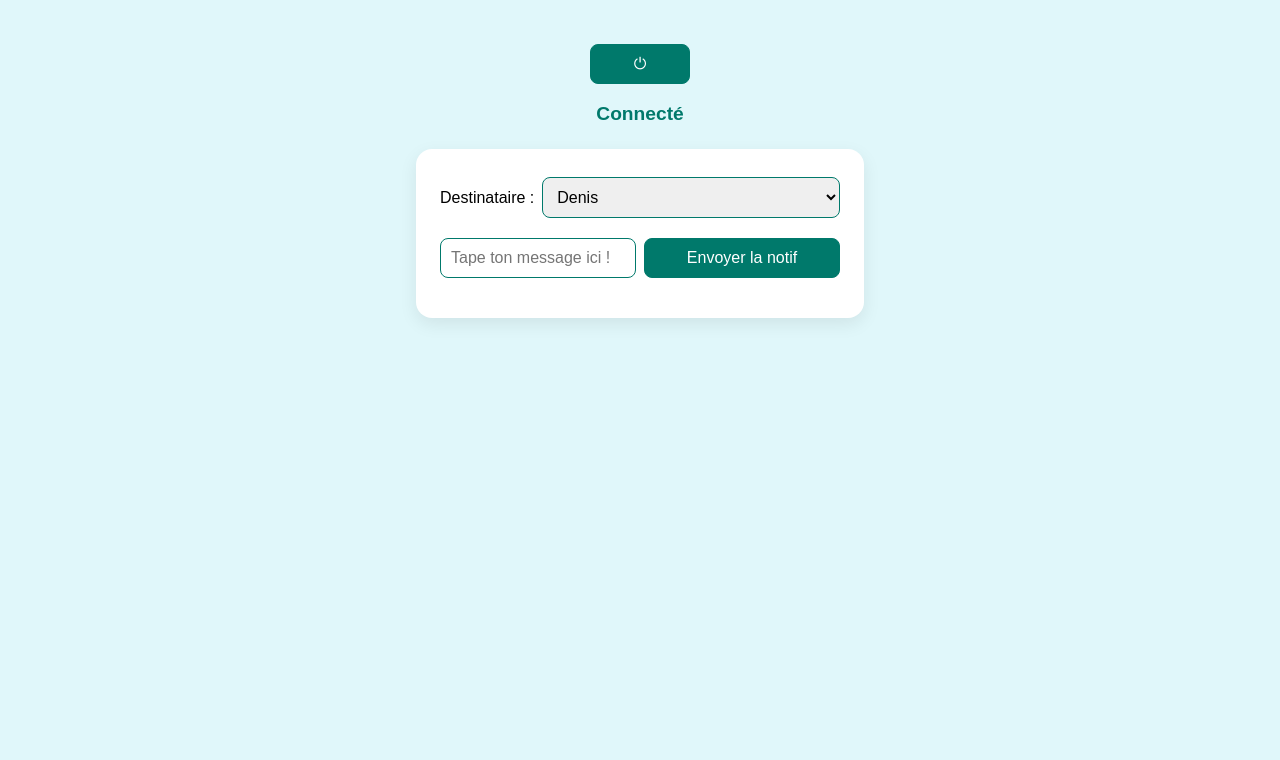
Repository: nlagardere/LumoNet
Page: public/index.html
An editor plug-in stored every save of this project. The page is shown before and after a run of saves, followed by the edit.
The browser window is 1280 px wide. The pictures show the whole page.

Above is the page before, as saved 2025-08-18 20:27:53.

### public/index.html
<!DOCTYPE html>
<html lang="fr">
<head>
  <meta charset="UTF-8" />
  <meta name="viewport" content="width=device-width, initial-scale=1.0" />
  <title>Zilo</title>
  <style>
    body {
      font-family: Arial, sans-serif;
      margin:0;
      padding:0;
      min-height:100vh;
      background:#e0f7fa;
      display:flex;
      flex-direction:column;
      align-items:center;
      padding-top:40px; /* espace en haut pour le header */
    }

    h1, h2 {
      color:#00796b;
      margin:6px 0;
      text-align:center;
    }

    h1 {
      font-size:2.5em;
    }

    h2 {
      font-size:1.2em;
      margin-bottom:24px;
    }

    .card {
      background:#fff;
      padding:24px;
      border-radius:16px;
      box-shadow:0 6px 18px rgba(0,0,0,0.08);
      width:80%;
      max-width:400px;
      display:flex;
      flex-direction:column;
      align-items:center;
      margin-left: 5%;
      margin-right: 5%;
    }

    .row {
      display:flex;
      gap:8px;
      flex-wrap:wrap;
      align-items:center;
      justify-content:center;
      width:100%;
      margin-bottom:12px;
    }

    select, input, button {
      margin:4px 0;
      padding:10px;
      font-size:16px;
      border-radius:8px;
      border:1px solid #00796b;
      flex:1;
      min-width:100px;
    }

    button {
      background:#00796b;
      color:#fff;
      cursor:pointer;
      transition: background 0.3s;
    }

    button:hover {
      background:#004d40;
    }

    .logout {
      position:fixed;

      z-index:1000;
    }

    @media (max-width: 500px) {
      h1 { font-size:2em; }
      h2 { font-size:1em; }
      input, select, button { font-size:14px; padding:8px; }
    }
  </style>
</head>
<body>
  <h1>Zilo</h1>
  <h2 id="welcome">Connecté</h2>

  <div class="card">
    <div class="row">
      <label for="recipient">Destinataire :</label>
      <select id="recipient">
        <option value="denis">Denis</option>
        <option value="nathan">Nathan</option>
      </select>
    </div>

    <div class="row">
      <input id="message" type="text" placeholder="Tape ton message ici !" />
      <button id="send">Envoyer la notif</button>
    </div>
  </div>
  <div class="logout">
    <button id="logout">⏻</button>
  </div>

  <script>
    const messageInput = document.getElementById('message');

    async function send(){
      const recipient = document.getElementById('recipient').value;
      const message = messageInput.value.trim();
      if(!message){ alert('Écris un message !'); return; }

      const res = await fetch('/api/send', {
        method:'POST', headers:{'Content-Type':'application/json'},
        body: JSON.stringify({ recipient, message })
      });
      const data = await res.json();
      if(data.ok){
        messageInput.value = '';
        alert('Notification envoyée !');
      } else {
        if(res.status === 401){
          window.location.href = '/login.html';
        } else {
          alert('Erreur : ' + (data.error||'inconnue'));
        }
      }
    }

    async function logout(){
      await fetch('/api/logout');
      window.location.href = '/login.html';
    }

    document.getElementById('send').addEventListener('click', send);
    document.getElementById('logout').addEventListener('click', logout);
    messageInput.addEventListener('keydown', e => { if(e.key==='Enter') send(); });
  </script>
</body>
</html>

After the next 2 saves:
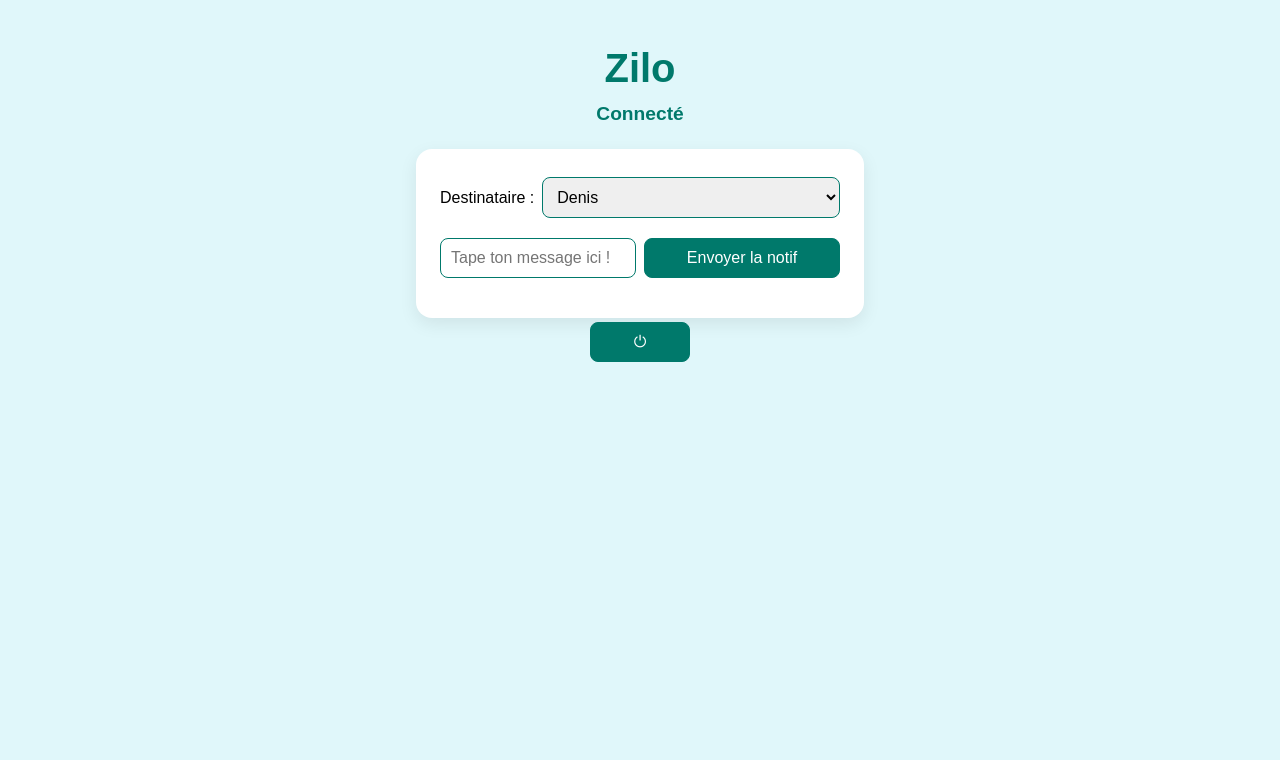
The 2 saves are shown as one change because they came seconds apart.
The last was saved 6 s later.
--- a/public/index.html
+++ b/public/index.html
@@ -78,9 +78,7 @@
     }
 
     .logout {
-      position:fixed;
 
-      z-index:1000;
     }
 
     @media (max-width: 500px) {
